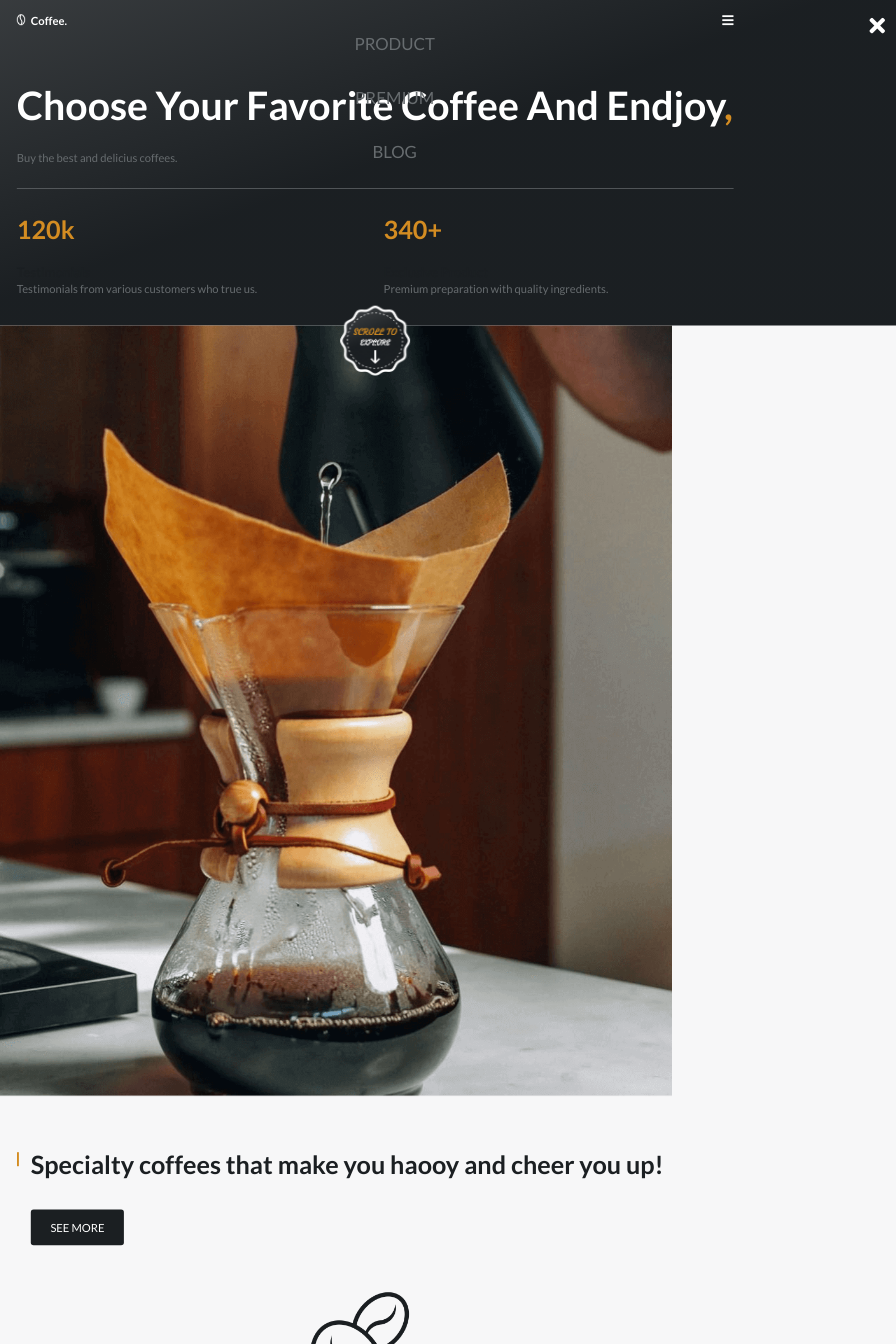
Repository: Nguyenductuan-dev/Website-coffee
Page: index.html
The author's editor kept a copy of each file at every save. The page is drawn from the files as they stood at one save, then again after the next save.
The browser window is 1280 px wide. The pictures show the part of the page from y = 0 to 1920 px (the page is 2777 px tall before and 2357 px after), at 70% of full size.

Above is the page before, as saved 2022-04-06 14:45:36.

After the next save:
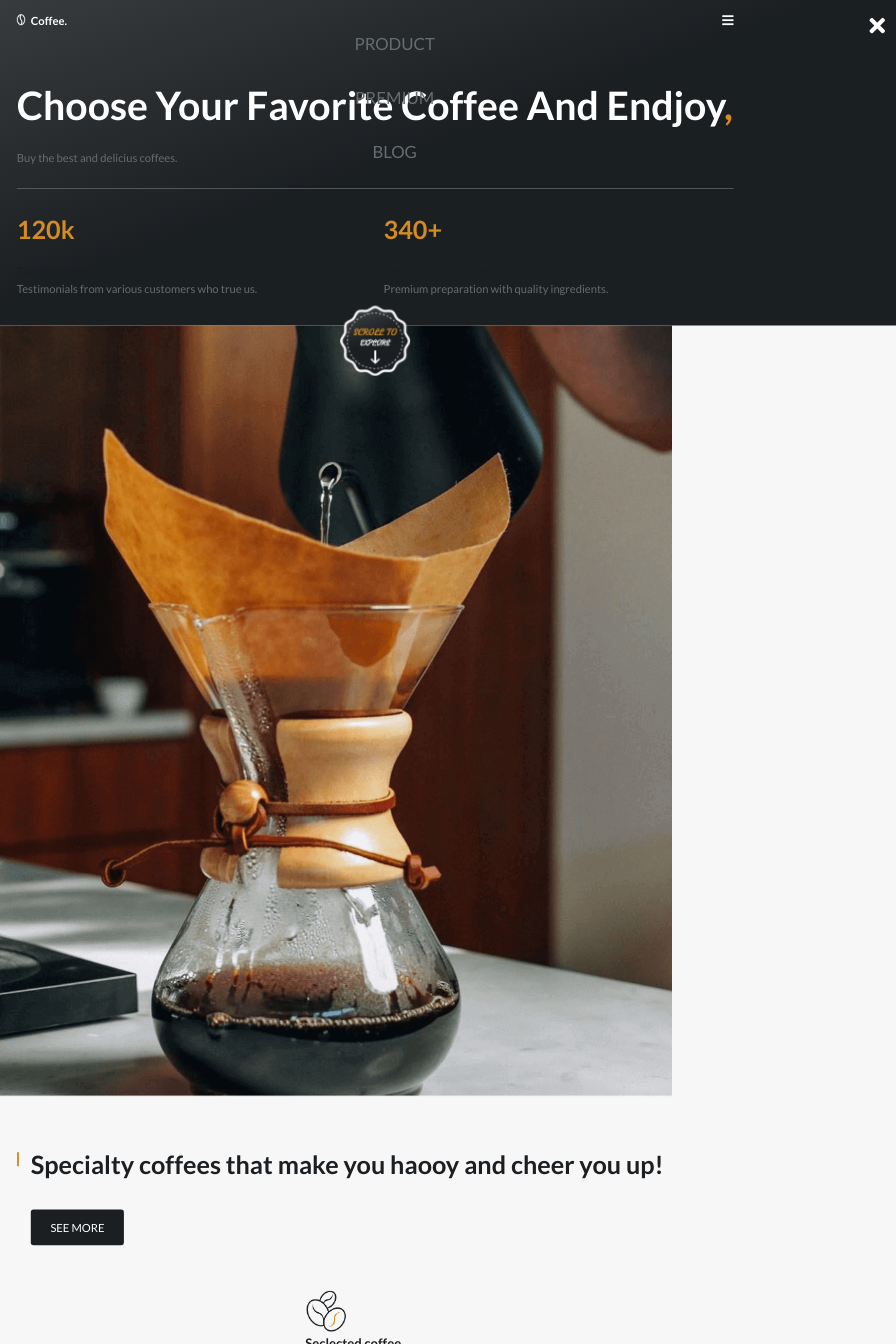
Saved 2 min 7 s later.
--- a/assets/css/style.css
+++ b/assets/css/style.css
@@ -286,3 +286,6 @@ button {
     justify-content: center;
     row-gap: 2.5rem;
 }
+.specialty__img {
+    width: 60px;
+}
